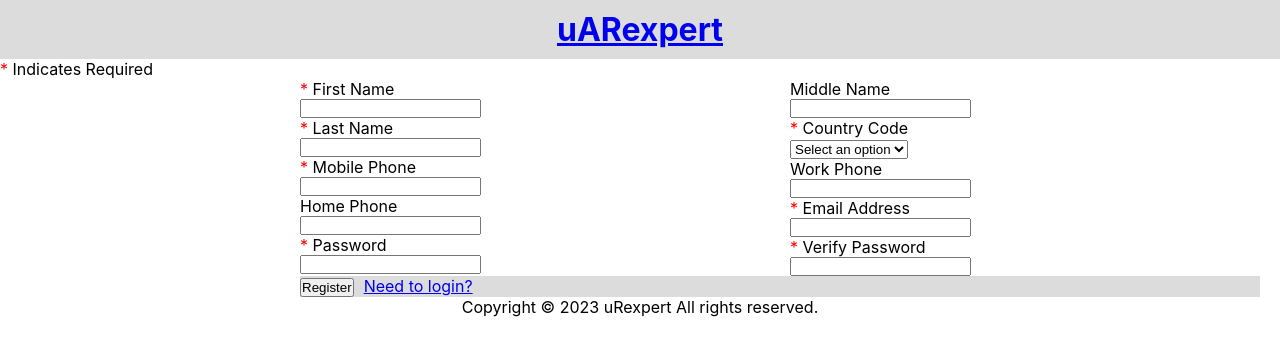
Repository: onionNguyen/Senior-Design-Project
Page: /register (app in frontend/)
An editor plug-in stored every save of this project. The page is shown before and after the next save, followed by the edit.
The browser window is 1280 px wide. The pictures show the whole page.
The page's requests for data from a server got no answer. The project was rebuilt for these pictures with package versions that can differ from the ones it lists, and the page was loaded fresh each time. No one was signed in, and anything a server would have sent is missing. Also part of the build but not shown: frontend/src/components/sidenav/SideNav.module.css, frontend/src/components/sidenav/SideNav.js, frontend/src/components/pages/edit-user-profile/EditProfile.module.css, frontend/src/components/pages/edit-user-profile/EditProfile.js, frontend/src/components/pages/login/Login.module.css, frontend/src/components/pages/login/Login.js, frontend/src/components/pages/home/Home.module.css, frontend/src/components/pages/error/Unauthorized.js and 4 more.

Above is the page before, as saved 2023-10-27 15:31:34.

After the next save:
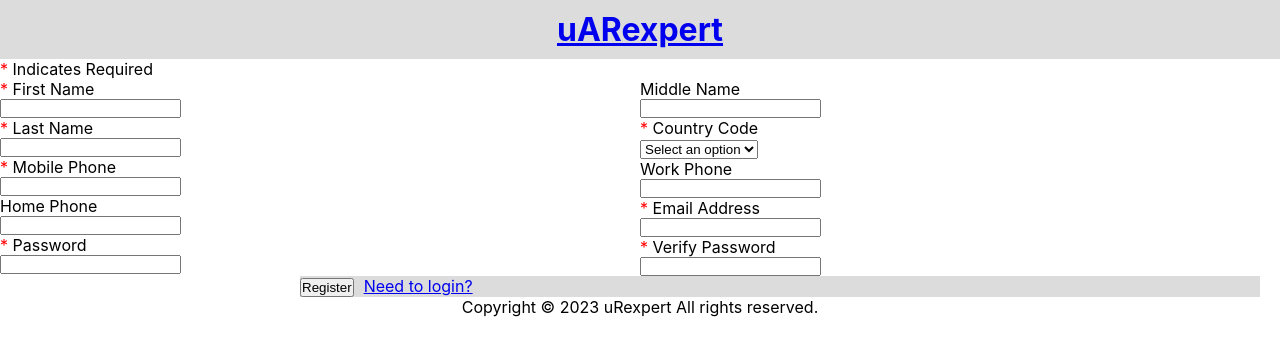
Saved 24 s later.
--- a/frontend/src/components/pages/registration/Register.module.css
+++ b/frontend/src/components/pages/registration/Register.module.css
@@ -1,6 +1,5 @@
 .form-container {
   display: flex;
-  margin-left: 300px; /* equal to the width of the sidenav to avoid overlap */
   position: relative;
   z-index: 2;
 }
